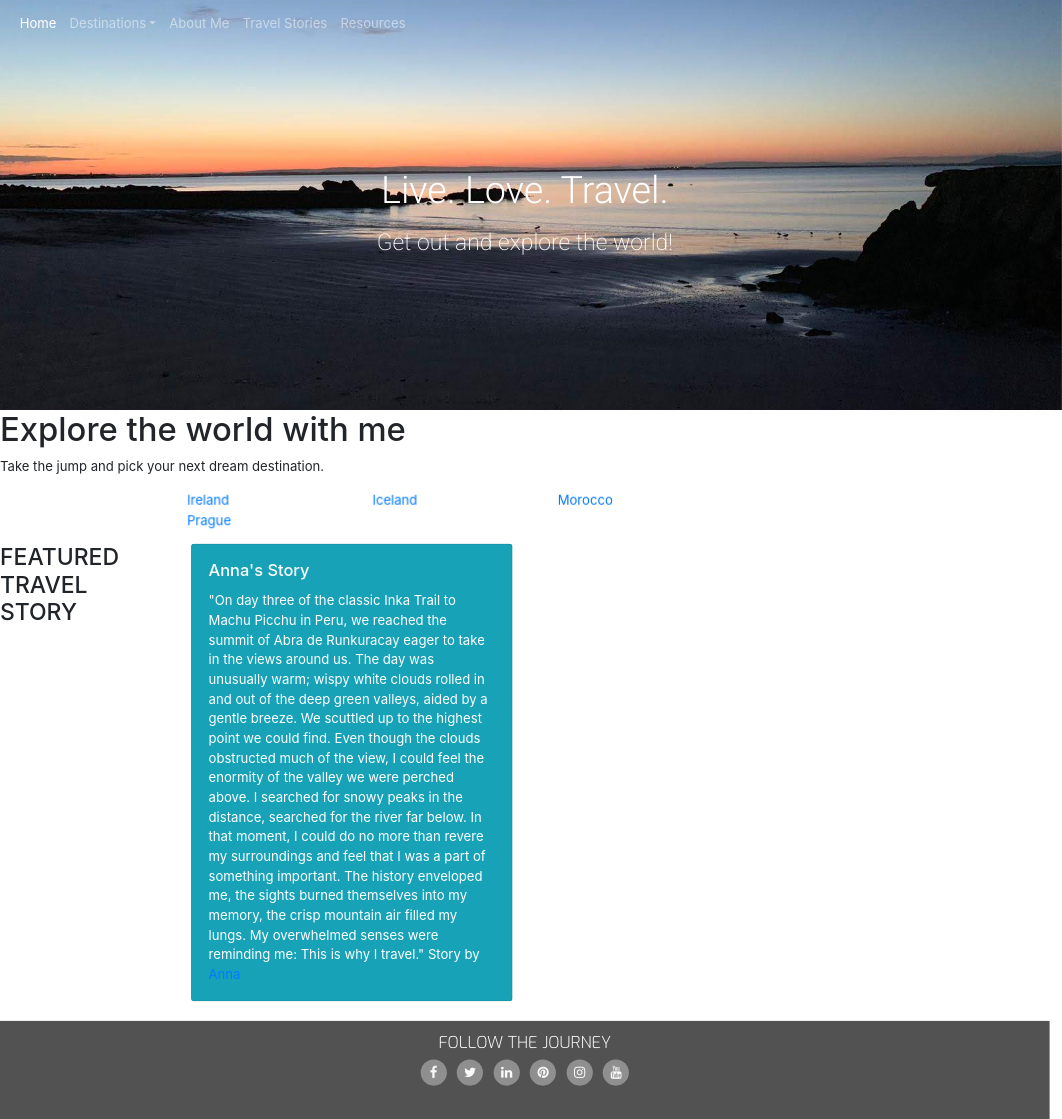
Repository: lhynes/User-Centric-Frontend-Development-Milestone-Project
Page: index.html
The author's editor kept a record of every edit. The page is drawn from the files as they stood at one moment, then again after the next edit.
The browser window is 1280 px wide. The page is 1295 px wide, so the pictures cover 1295 px, including what lies to the right of the window. The pictures show the whole page, at 82% of full size.
Some web libraries are served in a nearby version.

Above is the page before.

### index.html
<!DOCTYPE html>
<html lang="en">

<head>
    <meta charset="UTF-8">
    <meta name="viewport" content="width=device-width, initial-scale=1.0">
    <meta http-equiv="X-UA-Compatible" content="ie=edge">
    <!--access exrtenal links - bootstrap cdn - https://www.bootstrapcdn.com/-->
    <link rel="stylesheet" href="https://stackpath.bootstrapcdn.com/bootstrap/4.3.1/css/bootstrap.min.css" type="text/css" />
    <script src="https://ajax.googleapis.com/ajax/libs/jquery/3.3.1/jquery.min.js"></script>
    <script src="https://cdnjs.cloudflare.com/ajax/libs/popper.js/1.12.9/umd/popper.min.js"></script>
    <script src="https://maxcdn.bootstrapcdn.com/bootstrap/4.0.0/js/bootstrap.min.js"></script>




    <!--access exrtenal links - fontAwesome cdn - https://www.bootstrapcdn.com/-->
    <link rel="stylesheet" href="https://stackpath.bootstrapcdn.com/font-awesome/4.7.0/css/font-awesome.min.css" type="text/css" />
    <!--CdN to access hover CSS-->
    <link rel="stylesheet" href="https://cdnjs.cloudflare.com/ajax/libs/hover.css/2.3.1/css/hover-min.css" type="text/css" />
    <!-- project CSS style sheet-->
    <link rel="stylesheet" href="assets/css/style.css" type="text/css" />
    <script src="//maxcdn.bootstrapcdn.com/bootstrap/3.3.0/js/bootstrap.min.js"></script>
    <script src="//code.jquery.com/jquery-1.11.1.min.js"></script>
    <title>Live.Love.Travel.</title>
</head>

<body>
    <header>
        <!-- hero image and nagivation section-->
        <div class="row hero">
            <!--nav-->
            <div class="col-md-12">
                <!--Navbar - https://mdbootstrap.com/snippets/jquery/ascensus/145608-->
                <nav class="navbar navbar-expand-lg navbar-dark primary-color">
                    <!-- Collapse button to ensure correct for mobile view -->
                    <button class="navbar-toggler" type="button" data-toggle="collapse" data-target="#basicExampleNav" aria-controls="basicExampleNav" aria-expanded="false" aria-label="Toggle navigation">
        <span class="navbar-toggler-icon"></span>
      </button>

                    <!-- Collapsible content -->
                    <div class="collapse navbar-collapse" id="basicExampleNav">

                        <!-- Links -->
                        <ul class="navbar-nav mr-auto">
                            <li class="nav-item active">
                                <a class="nav-link" href="index.html">Home
              <span class="sr-only">(current)</span>
            </a>
                            </li>

                            <!-- Dropdown for destinations -->
                            <li class="nav-item dropdown">
                                <a class="nav-link dropdown-toggle" id="navbarDropdownMenuLink1" data-toggle="dropdown" aria-haspopup="true" aria-expanded="false">Destinations</a>
                                <div class="dropdown-menu dropdown-primary" aria-labelledby="navbarDropdownMenuLink1">
                                    <a class="dropdown-item" href="ireland.html">Ireland</a>
                                    <a class="dropdown-item" href="iceland.html">Iceland</a>
                                    <a class="dropdown-item" href="morocco.html">Morocco</a>
                                    <a class="dropdown-item" href="prague.html">Prague</a>
                                </div>
                            </li>
                            <li class="nav-item">
                                <a class="nav-link" href="aboutme.html">About Me</a>
                            </li>


                            <li class="nav-item">
                                <a class="nav-link" href="travelstories">Travel Stories</a>
                            </li>
                            <li class="nav-item">
                                <a class="nav-link" href="resources">Resources</a>
                            </li>
                        </ul>
                </nav>

                </div>
                <!-- Tagline-->
                <div class="col-md-12">
                    <div class="row no-gutters bg-color-name-title">
                        <div class="col heading">
                            <h1 class="hero-title">Live. Love. Travel.</h1>
                            <h2 class="hero-subtitle">Get out and explore the world!</h2>
                        </div>
                    </div>
                </div>

            </div>
    </header>

    <!-- Main content section -->
    <section>
        <div class="row">
            <div class="col homepageWelcomeMessage">
                <h1> Explore the world with me</h1>
                <p>Take the jump and pick your next dream destination.
                </p>
            </div>
        </div>

        <div class="row no-gutters">
            <div class="col-md-2">

            </div>
            <div class="col-md-8">
                <ul id="destinationNav" class="list-inline destinationcontainer">
                    <li class="col-6 col-sm-3 ui-destination-ireland list-inline-item menuitem">
                        <a href="ireland.html" class="hvr-sweep-to-bottom"><span>Ireland</span></a>
                    </li>

                    <li class="col-6 col-sm-3 ui-menu-destination-iceland list-inline-item menuitem">
                        <a href="iceland.html" class="hvr-sweep-to-bottom"><span>Iceland</span></a>
                    </li>

                    <li class="col-6 col-sm-3 ui-menu-destination-morocco list-inline-item menuitem">
                        <a href="morocco.html" class="hvr-sweep-to-bottom"><span>Morocco</span></a>
                    </li>
                    <li class="col-6 col-sm-3 ui-menu-destination-prague list-inline-item menuitem">
                        <a href="prague.html" target="_blank" class="hvr-sweep-to-bottom"><span>Prague</span></a>
                    </li>
                </ul>
            </div>
            <div class="col-md-2"></div>
        </div>
        <!--  <div class="row">
            <div class="col homepageWelcomeMessage">
                <h1> Featured Travel story</h1>
                <p>Take the jump and pick your next dream destination.
                </p>
            </div>
        </div>-->


        <div class="row featureTravelStorySection">
            <!--allow us to create a table structure so that our columns will remain the same height, regardless of content-->
            <!--he row-table class specifies the use of a table whereas section-column specifies the use of a table cell, which will give us evenly sized columns in terms of height.-->


            <div class="col-md-2  section-column">
                <div class="row">
                    <div class="col-12">
                        <h3 class="section-heading uppercase">
                            Featured Travel story
                        </h3>
                    </div>
                </div>


            </div>
            <div class="col-md-8  section-column">
                <div class="row">
                    <div class="col">
                        <!--<div class="card">
                            <div class="card-body"> "On day three of the classic Inka Trail to Machu Picchu in Peru, we reached the summit of Abra de Runkuracay eager to take in the views around us. The day was unusually warm; wispy white clouds rolled in and out of the deep
                                green valleys, aided by a gentle breeze. We scuttled up to the highest point we could find. Even though the clouds obstructed much of the view, I could feel the enormity of the valley we were perched above. I searched for
                                snowy peaks in the distance, searched for the river far below. In that moment, I could do no more than revere my surroundings and feel that I was a part of something important. The history enveloped me, the sights burned
                                themselves into my memory, the crisp mountain air filled my lungs. My overwhelmed senses were reminding me: This is why I travel." Story by <a href="https://hostelgeeks.com/machu-picchus-gigantic-aura-reminder-travel/"
                                    target="_blank">Anna</a> </div>
                        </div>

                    </div>
                </div>

            </div>-->
                        <div class="col-sm-6">
        <div class="card text-white bg-info mb-4">
            <div class="card-body">
                <h5 class="card-title">Anna's Story</h5>
                <p class="card-text">"On day three of the classic Inka Trail to Machu Picchu in Peru, we reached the summit of Abra de Runkuracay eager to take in the views around us. The day was unusually warm; wispy white clouds rolled in and out of the deep
                                green valleys, aided by a gentle breeze. We scuttled up to the highest point we could find. Even though the clouds obstructed much of the view, I could feel the enormity of the valley we were perched above. I searched for
                                snowy peaks in the distance, searched for the river far below. In that moment, I could do no more than revere my surroundings and feel that I was a part of something important. The history enveloped me, the sights burned
                                themselves into my memory, the crisp mountain air filled my lungs. My overwhelmed senses were reminding me: This is why I travel." Story by <a href="https://hostelgeeks.com/machu-picchus-gigantic-aura-reminder-travel/"
                                    target="_blank">Anna</a></p>
            </div>
        </div>
    </div>
        </div>





    </section>
    <!--Footer section-->
    <footer class="container-fluid">
        <!--full width flexible container-->
        <div id="footer-details" class="row">
            <div class="col-sm-12">
                <h5 class="uppercase general-sub">Follow the Journey</h5>
                <ul class="list-inline social-links">
                    <li class="list-inline-item">
                        <!-- every list-inline in boostrap needs a list-inline item-->
                        <a target="_blank" href="">
                            <i class="fa fa-facebook" aria-hidden="true"></i>
                            <span class="sr-only">Facebook</span>
                        </a>
                    </li>
                    <li class="list-inline-item">
                        <a target="_blank" href="#">
                            <i class="fa fa-twitter" aria-hidden="true"></i>
                            <span class="sr-only">Twitter</span>
                        </a>
                    </li>
                    <li class="list-inline-item">
                        <a target="_blank" href="#">
                            <i class="fa fa-linkedin" aria-hidden="true"></i>
                            <span class="sr-only">LinkedIn</span>
                        </a>
                    </li>
                    <li class="list-inline-item">
                        <a target="_blank" href="#">
                            <i class="fa fa-pinterest" aria-hidden="true"></i>
                            <span class="sr-only">Pinterest</span>
                        </a>
                    </li>
                    <li class="list-inline-item">
                        <a target="_blank" href="#">
                            <i class="fa fa-instagram" aria-hidden="true"></i>
                            <span class="sr-only">Instagram</span>
                        </a>
                    </li>
                    <li class="list-inline-item">
                        <a target="_blank" href="#">
                            <i class="fa fa-youtube" aria-hidden="true"></i>
                            <span class="sr-only">YouTube</span>
                        </a>
                    </li>
                </ul>
            </div>

        </div>

    </footer>


</body>

</html>

### assets/css/style.css
@import url('https://fonts.googleapis.com/css?family=Roboto:100,200,300,400,500,600,700|Exo:100,200,300,400,500,600,700');

/*-----------------------------------Colours */

.bg-color-hero {
    background-color: red;
    color: #ffffff;
}

/*-----------------------------------Special paddings/margins/text - General CSS area used more than once through out the site */

.uppercase {
    text-transform: uppercase;
}

.general-sub {
    font-family: "Exo", sans-serif;
    font-weight: 300;
    color: #fafafa;

}


/*-----------------------------------Heading */

.hero {
    background: url("../images/morning.jpg");
    text-align: center;
    background-position: center;
    background-repeat: no-repeat;
    background-size: cover;
    min-height: 500px;
    transition: all .5s ease-in-out;
    -moz-transition: all .5s ease-in-out;
    -webkit-transition: all .5s ease-in-out;

}

.hero-title {
    font-family: "Roboto", sans-seriif;
    font-weight: 300;
    font-size: 46px;
    margin-top: 50px;
    color: #ffffff;
}

.hero-subtitle {
    font-family: "Roboto", sans-seriif;
    font-weight: 200;
    font-size: 28px;
    margin-top: 20px;
    margin-bottom: 90px;
    color: #ffffff;
}


/*-----------------------------------Hover.css */

/*-----------------------------------Home */

/*-----------------------------------About Me*/

/*-----------------------------------Destinations*/

/*-----------------------------------Travel Stories*/

/*-----------------------------------Resources*/

/*-----------------------------------Footer styles */

footer {
    background-color: #525252;
    color: #fafafa;
    min-height: 120px;
    margin: 0;
    text-align: center;
    padding-top: 15px;
}


.social-links {
    padding-bottom: 15px;

}

.social-links li a i {
    width: 32px;
    height: 32px;
    padding: 12px 0;
    border-radius: 50%;
    line-height: 7px;
    text-align: center;
    color: #fafafa;
    background: #8f8f8f;
    -moz-transition: all 0.35s ease-in-out;
    -webkit-transition: all 0.35s ease-in-out;
    -o-transition: all 0.35s ease-in-out;
}

.social-links li a i:hover {
    background-color: blue;
}



/*-----------------------------------Media Queries*/

After the next edit:
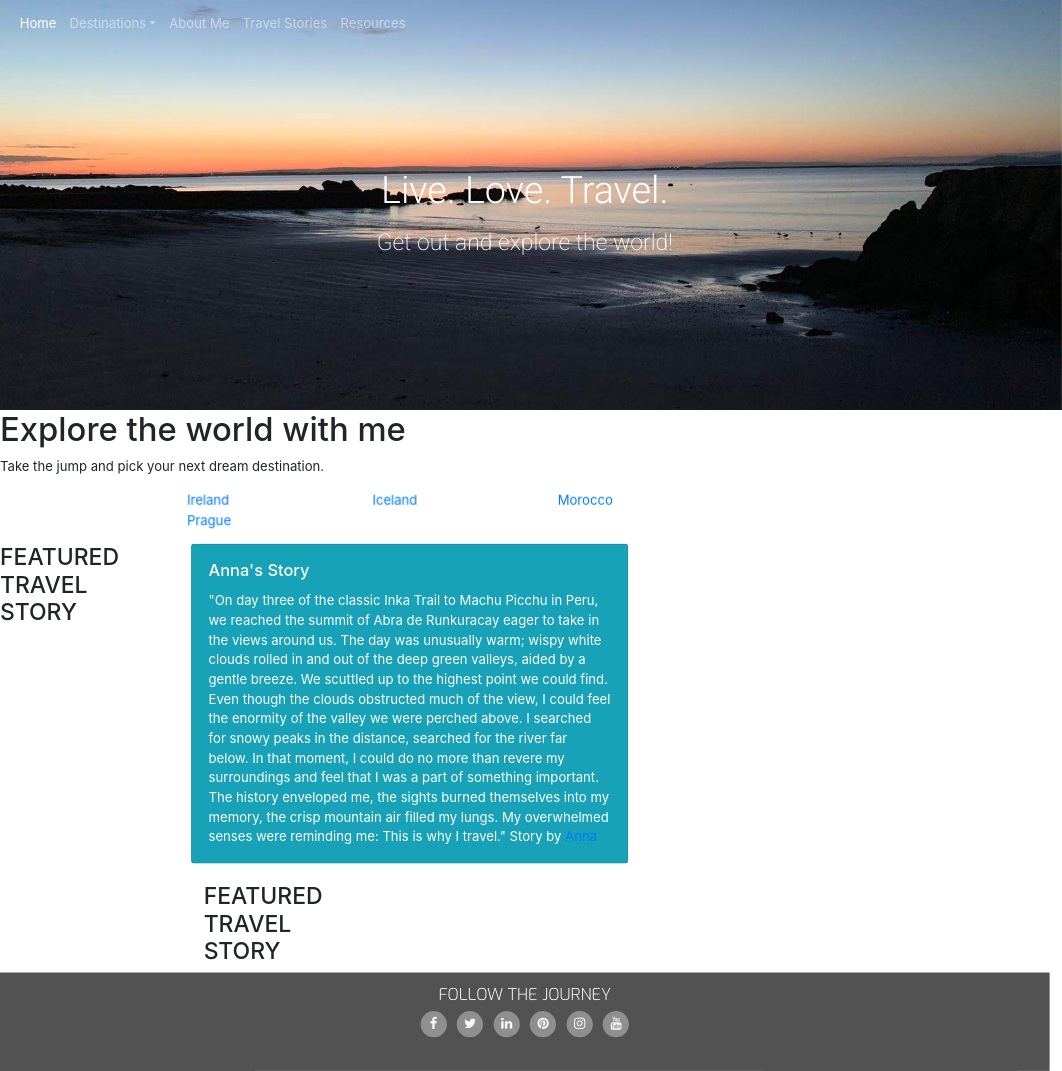
The edit:
--- a/index.html
+++ b/index.html
@@ -161,19 +161,27 @@
                 </div>
 
             </div>-->
-                        <div class="col-sm-6">
-        <div class="card text-white bg-info mb-4">
-            <div class="card-body">
-                <h5 class="card-title">Anna's Story</h5>
-                <p class="card-text">"On day three of the classic Inka Trail to Machu Picchu in Peru, we reached the summit of Abra de Runkuracay eager to take in the views around us. The day was unusually warm; wispy white clouds rolled in and out of the deep
-                                green valleys, aided by a gentle breeze. We scuttled up to the highest point we could find. Even though the clouds obstructed much of the view, I could feel the enormity of the valley we were perched above. I searched for
-                                snowy peaks in the distance, searched for the river far below. In that moment, I could do no more than revere my surroundings and feel that I was a part of something important. The history enveloped me, the sights burned
-                                themselves into my memory, the crisp mountain air filled my lungs. My overwhelmed senses were reminding me: This is why I travel." Story by <a href="https://hostelgeeks.com/machu-picchus-gigantic-aura-reminder-travel/"
-                                    target="_blank">Anna</a></p>
-            </div>
-        </div>
-    </div>
-        </div>
+                        <div class="col-sm-8">
+                            <div class="card text-white bg-info mb-4">
+                                <div class="card-body">
+                                    <h5 class="card-title">Anna's Story</h5>
+                                    <p class="card-text">"On day three of the classic Inka Trail to Machu Picchu in Peru, we reached the summit of Abra de Runkuracay eager to take in the views around us. The day was unusually warm; wispy white clouds rolled in and out of
+                                        the deep green valleys, aided by a gentle breeze. We scuttled up to the highest point we could find. Even though the clouds obstructed much of the view, I could feel the enormity of the valley we were perched above.
+                                        I searched for snowy peaks in the distance, searched for the river far below. In that moment, I could do no more than revere my surroundings and feel that I was a part of something important. The history enveloped
+                                        me, the sights burned themselves into my memory, the crisp mountain air filled my lungs. My overwhelmed senses were reminding me: This is why I travel." Story by <a href="https://hostelgeeks.com/machu-picchus-gigantic-aura-reminder-travel/"
+                                            target="_blank">Anna</a></p>
+                                </div>
+                            </div>
+                            <div class="col-md-2  section-column">
+                                <div class="row">
+                                    <div class="col-12">
+                                        <h3 class="section-heading uppercase">
+                                            Featured Travel story
+                                        </h3>
+                                    </div>
+                                </div>
+                            </div>
+                        </div>
 
 
 
